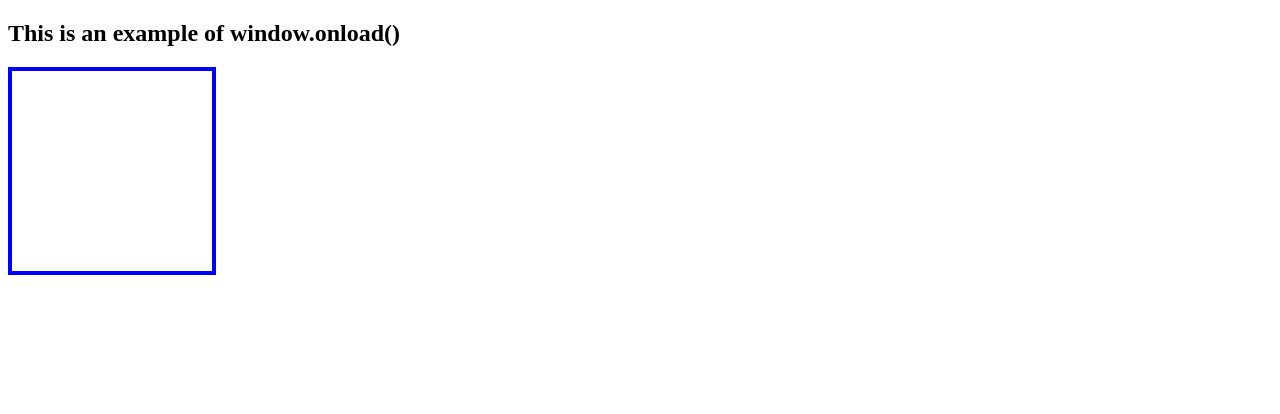
Repository: AwareSelf/JavaTrainingPublic
Page: 15Sep/webapp_1sepbatch/HtmlJSWeb/src/main/webapp/windowonload.html
An editor plug-in stored every save of this project. The page is shown before and after the next save, followed by the edit.
The browser window is 1280 px wide. The pictures show the whole page.

Above is the page before, as saved 2022-09-13 11:56:25.

### 15Sep/webapp_1sepbatch/HtmlJSWeb/src/main/webapp/windowonload.html
<!DOCTYPE html>
<html>
<head>
<meta charset = " utf-8">
<title> window.onload() </title>
<style type = "text/css">
#bg{
width: 200px;
height: 200px;
border: 4px solid blue;
}
</style>
<script type = "text/javascript">
/*
window.onload = function(){
document.getElementById("bg").style.backgroundColor = "red";
document.getElementById("bg").style.width = "300px";
document.getElementById("bg").style.height = "300px";
}
*/
</script>
</head>
<body>
<h2> This is an example of window.onload() </h2>
<div id = "bg"></div>
</body>
</html>

After the next save:
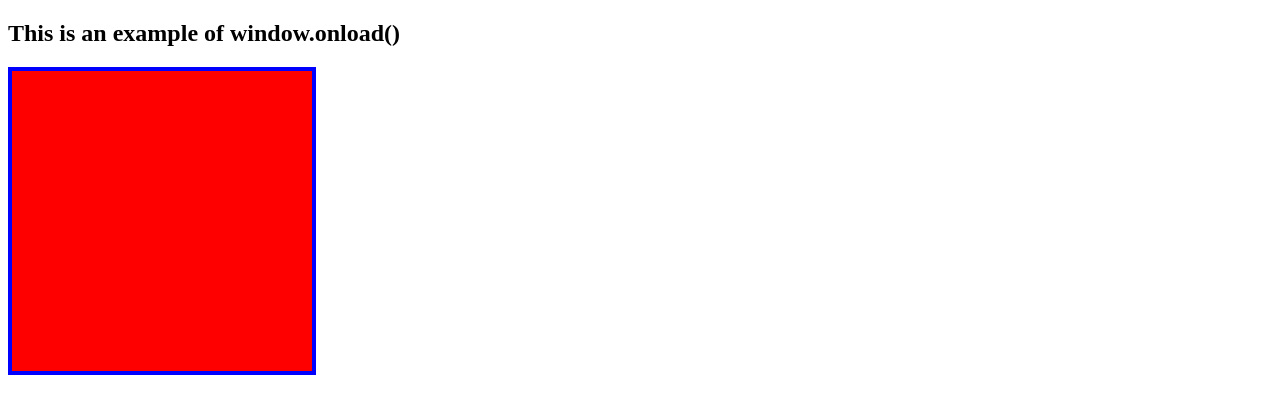
Saved 32 s later.
--- a/15Sep/webapp_1sepbatch/HtmlJSWeb/src/main/webapp/windowonload.html
+++ b/15Sep/webapp_1sepbatch/HtmlJSWeb/src/main/webapp/windowonload.html
@@ -11,13 +11,13 @@ border: 4px solid blue;
 }
 </style>
 <script type = "text/javascript">
-/*
+
 window.onload = function(){
 document.getElementById("bg").style.backgroundColor = "red";
 document.getElementById("bg").style.width = "300px";
 document.getElementById("bg").style.height = "300px";
 }
-*/
+
 </script>
 </head>
 <body>
